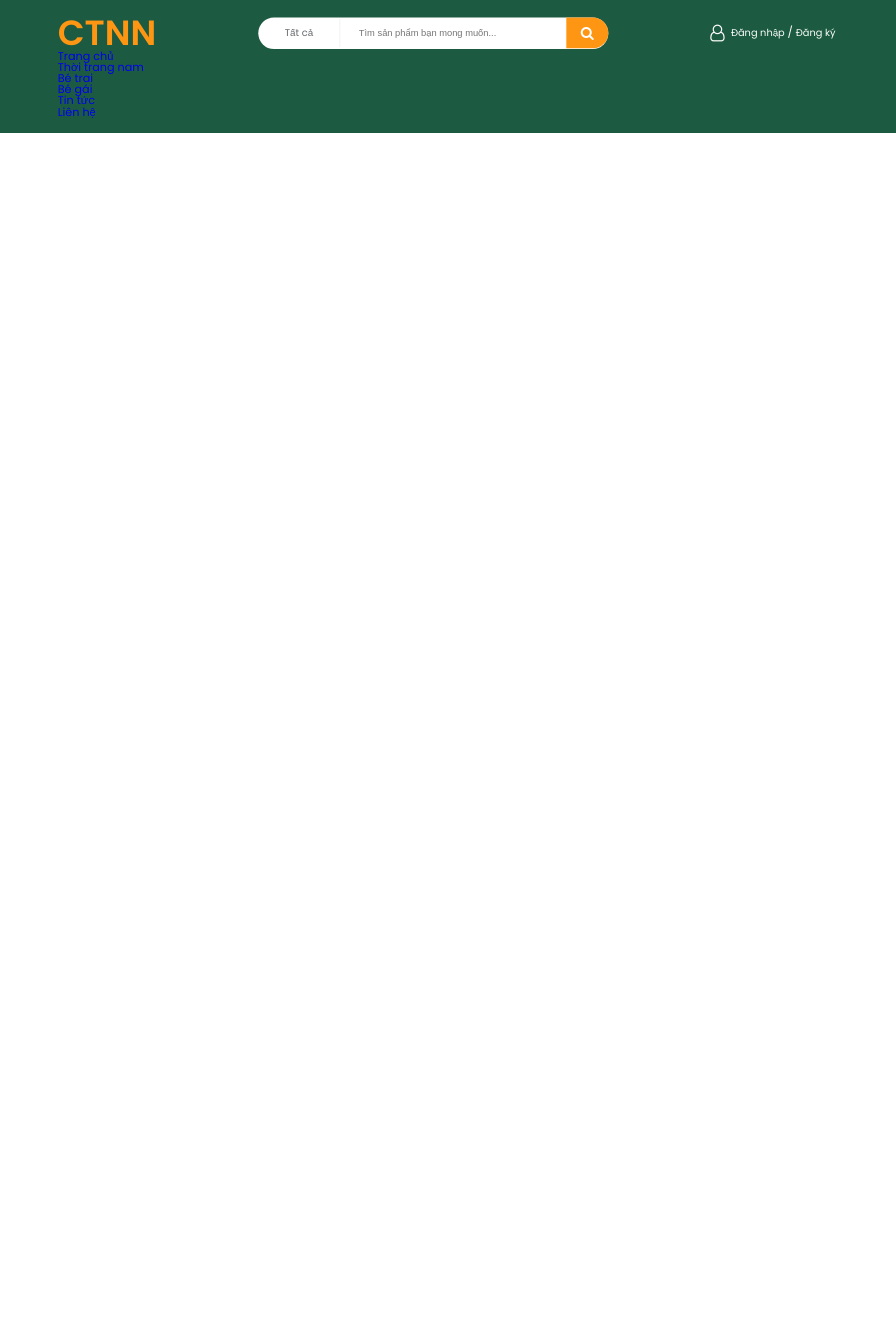
Repository: cuongchua2k2/BaiTapLon-web
Page: index.html
An editor plug-in stored every save of this project. The page is shown before and after the next save, followed by the edit.
The browser window is 1280 px wide. The pictures show the part of the page from y = 0 to 1920 px (the page is 5000 px tall), at 70% of full size.

Above is the page before, as saved 2023-12-06 15:54:11.

After the next save:
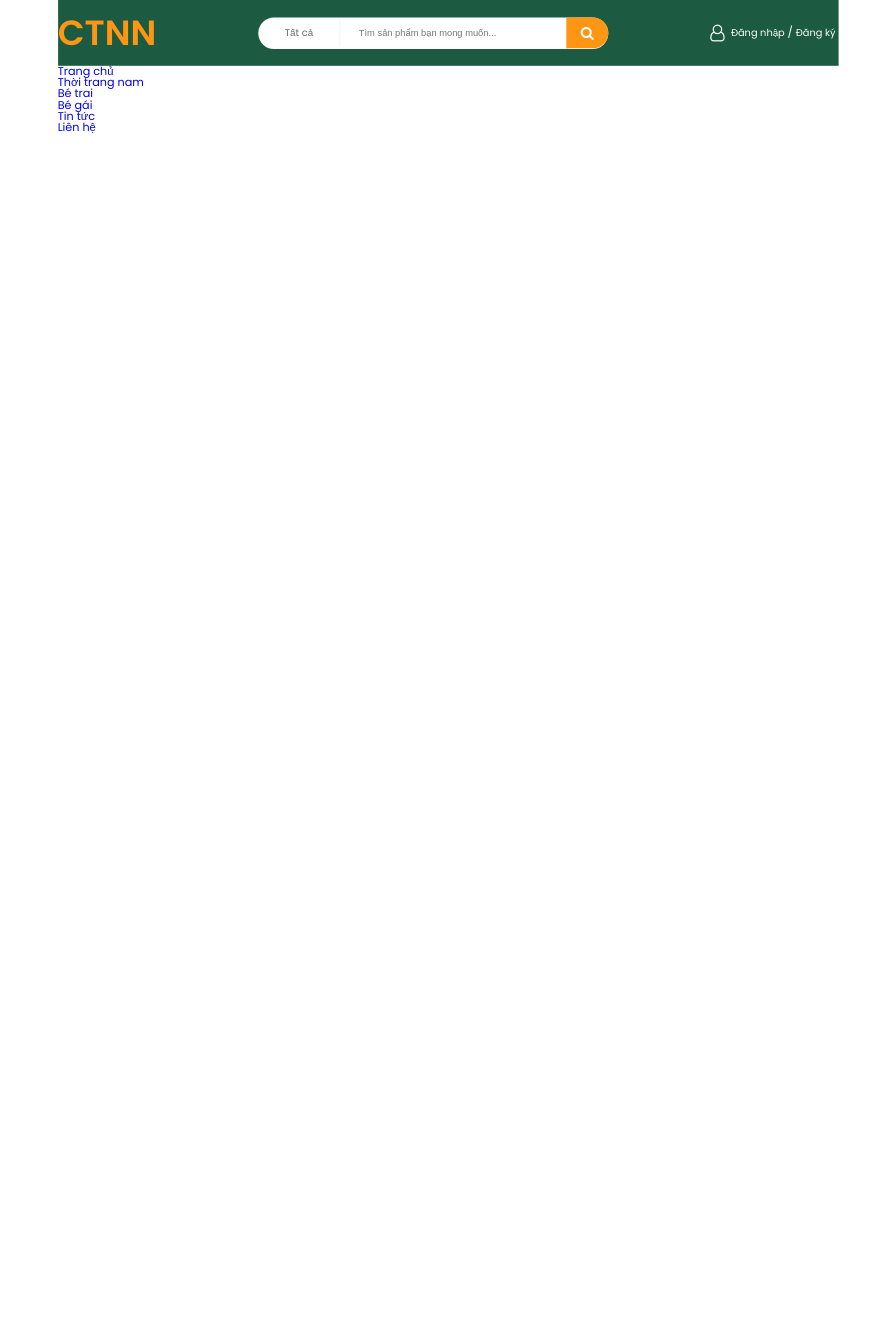
Saved 30 s later.
--- a/assets/css/style.css
+++ b/assets/css/style.css
@@ -40,11 +40,11 @@
 /* =========== header nav===============*/
 
 #header {
-  padding: 22px 0;
-  background-color: #1c5b41;
 }
 
 .nav {
+  padding: 22px 0;
+  background-color: #1c5b41;
   display: flex;
   justify-content: space-between;
   align-items: center;

After the save that followed:
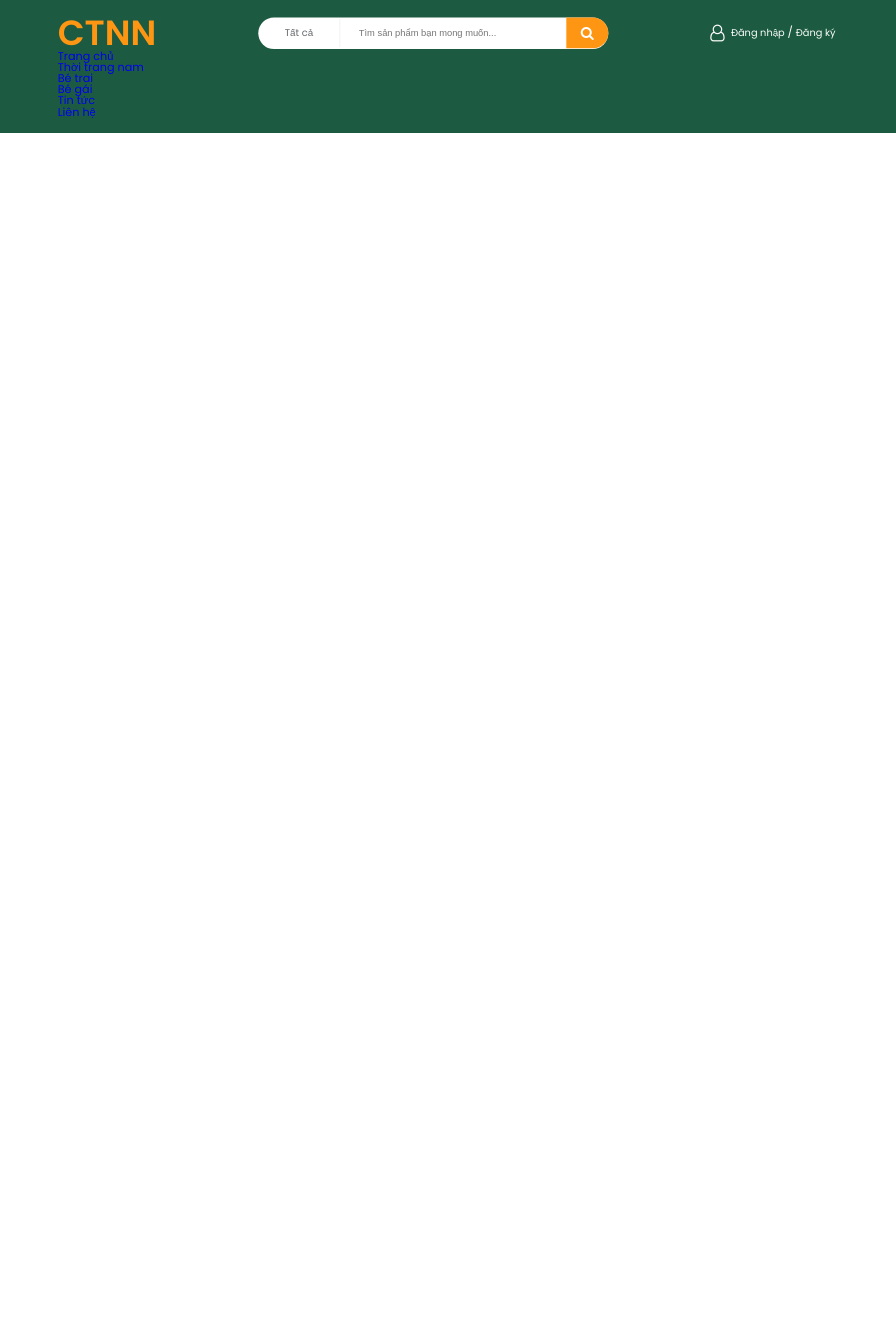
Saved 43 s later.
--- a/assets/css/style.css
+++ b/assets/css/style.css
@@ -40,11 +40,11 @@
 /* =========== header nav===============*/
 
 #header {
+  padding: 22px 0;
+  background-color: #1c5b41;
 }
 
 .nav {
-  padding: 22px 0;
-  background-color: #1c5b41;
   display: flex;
   justify-content: space-between;
   align-items: center;
